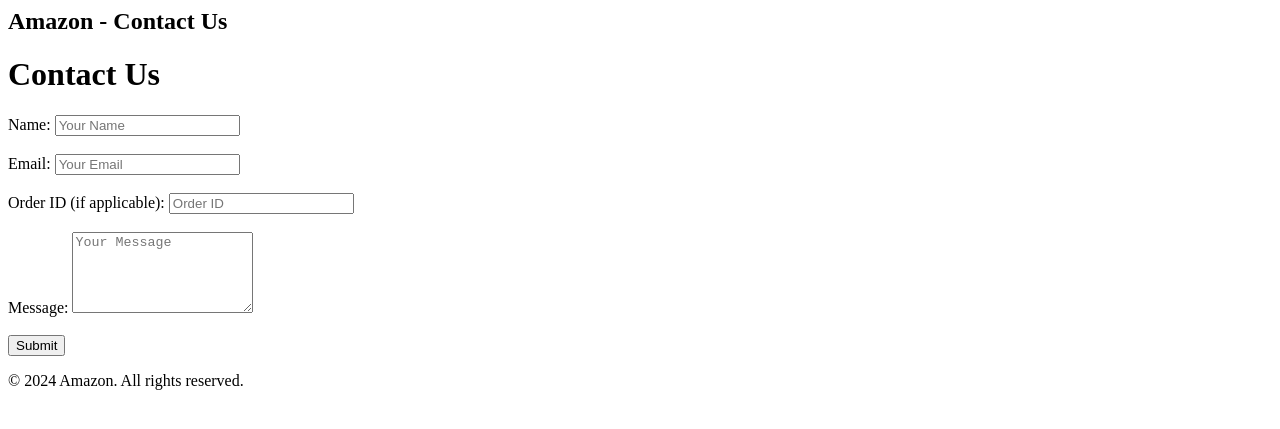
Repository: Lathadasari3010/SoftwareExamples
Page: SpringBoot/src/main/resources/static/contact-us.html
These files come from the project's save history. The page is drawn as it stood at one moment and after the next save; the edit follows.
The browser window is 1280 px wide. The pictures show the whole page.

Above is the page before, as saved 2024-12-19 10:09:21.

### SpringBoot/src/main/resources/static/contact-us.html
<html>
	<body>
	    <div>
	        <h2>Amazon - Contact Us</h2>
	    </div>
	    <div>
	        <h1>Contact Us</h1>
	        <form action="/submit-form" method="POST">
	            <label for="name">Name:</label>
	            <input type="text" id="name" name="name" placeholder="Your Name" required>
                <br><br>

	            <label for="email">Email:</label>
	            <input type="email" id="email" name="email" placeholder="Your Email" required>
				<br><br>

	            <label for="order">Order ID (if applicable):</label>
	            <input type="text" id="order" name="order" placeholder="Order ID">
				<br><br>

	            <label for="message">Message:</label>
	            <textarea id="message" name="message" rows="5" placeholder="Your Message" required></textarea>
				<br><br>

	            <button type="submit">Submit</button>

	        </form>
	    </div>
	    <div>
	        <p>&copy; 2024 Amazon. All rights reserved.</p>
	    </div>
	</body>
</html>

After the next save:
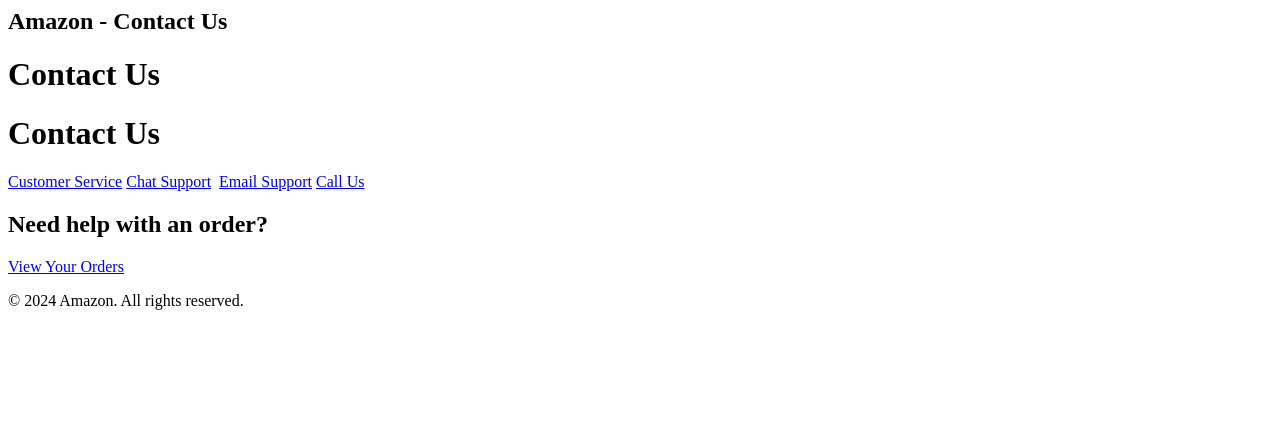
Saved 5 min 43 s later.
--- a/SpringBoot/src/main/resources/static/contact-us.html
+++ b/SpringBoot/src/main/resources/static/contact-us.html
@@ -5,27 +5,19 @@
 	    </div>
 	    <div>
 	        <h1>Contact Us</h1>
-	        <form action="/submit-form" method="POST">
-	            <label for="name">Name:</label>
-	            <input type="text" id="name" name="name" placeholder="Your Name" required>
-                <br><br>
-
-	            <label for="email">Email:</label>
-	            <input type="email" id="email" name="email" placeholder="Your Email" required>
-				<br><br>
-
-	            <label for="order">Order ID (if applicable):</label>
-	            <input type="text" id="order" name="order" placeholder="Order ID">
-				<br><br>
-
-	            <label for="message">Message:</label>
-	            <textarea id="message" name="message" rows="5" placeholder="Your Message" required></textarea>
-				<br><br>
-
-	            <button type="submit">Submit</button>
-
-	        </form>
-	    </div>
+			<div class="contact-us-page">
+			        <h1 class="contact-us-header">Contact Us</h1>
+			        <div class="contact-options">
+			            <a class="contact-link" href="/help/customer-service">Customer Service</a>
+			            <a class="contact-link" href="/help/chat-support">Chat Support</a>&nbsp;
+			            <a class="contact-link" href="/help/email-support">Email Support</a>
+			            <a class="contact-link" href="/help/call-support">Call Us</a>
+			        </div>
+			        <div class="help-section">
+			            <h2 class="help-header">Need help with an order?</h2>
+			            <a class="order-help-link" href="/orders">View Your Orders</a>
+			        </div>
+			    </div
 	    <div>
 	        <p>&copy; 2024 Amazon. All rights reserved.</p>
 	    </div>
